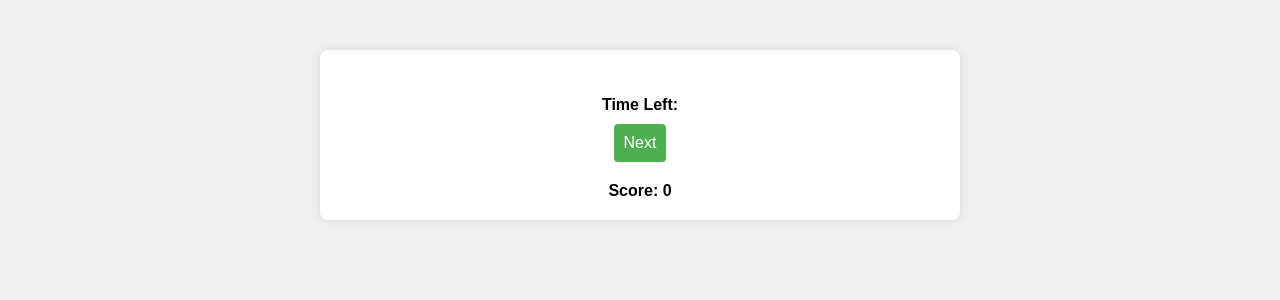
Repository: vri-nda/quiz_game
Page: index.html
An editor plug-in stored every save of this project. The page is shown before and after the next save, followed by the edit.
The browser window is 1280 px wide. The pictures show the whole page.

Above is the page before, as saved 2023-12-20 14:47:24.

### index.html
<!DOCTYPE html>
<html lang="en">
<head>
    <meta charset="UTF-8">
    <meta name="viewport" content="width=device-width, initial-scale=1.0">
    <link rel="stylesheet" href="style.css">
    <title>Quiz Game</title>
</head>
<body>
    <div id="quiz-container">
        <div id="question-container">
            <p id="question-text"></p>
        </div>
        <div id="answer-buttons" class="btn-container"></div>
        <div id="feedback-container"></div>
        <div id="timer-container">Time Left: <span id="timer"></span></div>
        <button id="next-button" class="btn" onclick="nextQuestion()">Next</button>
        <div id="score-container">Score: <span id="score">0</span></div>
    </div>
    <script src="script.js"></script>
</body>
</html>

### style.css
body {
    font-family: 'Arial', sans-serif;
    text-align: center;
    background-color: #f0f0f0;
}

#quiz-container {
    max-width: 600px;
    margin: 50px auto;
    background-color: #fff;
    padding: 20px;
    border-radius: 8px;
    box-shadow: 0 0 10px rgba(0, 0, 0, 0.1);
}

.btn-container {
    display: flex;
    flex-direction: column;
}

.btn {
    margin-top: 10px;
    padding: 10px;
    font-size: 16px;
    cursor: pointer;
    background-color: #4caf50;
    color: #fff;
    border: none;
    border-radius: 4px;
}

.btn:hover {
    background-color: #45a049;
}

#feedback-container {
    margin-top: 10px;
    font-weight: bold;
}

#timer-container {
    margin-top: 10px;
    font-weight: bold;
}

#score-container {
    margin-top: 20px;
    font-weight: bold;
}

### script.js
const quizData = [
    {
        question: "What does HTML stand for?",
        answers: [
            { text: "Hyper Text Markup Language", correct: true },
            { text: "Hyperlinks and Text Markup Language", correct: false },
            { text: "Home Tool Markup Language", correct: false },
            { text: "Hyper Transfer Markup Language", correct: false }
        ]
    },
    {
        question: "Which programming language is often used for server-side development?",
        answers: [
            { text: "JavaScript", correct: false },
            { text: "Python", correct: true },
            { text: "CSS", correct: false },
            { text: "Java", correct: false }
        ]
    },
    {
        question: "What is the purpose of CSS?",
        answers: [
            { text: "To provide interactivity on a website", correct: false },
            { text: "To style the visual presentation of a web page", correct: true },
            { text: "To define server-side logic", correct: false },
            { text: "To handle database operations", correct: false }
        ]
    },
    {
        question: "What does the term 'API' stand for?",
        answers: [
            { text: "Advanced Programming Interface", correct: false },
            { text: "Application Programming Interface", correct: true },
            { text: "Automated Processing Interface", correct: false },
            { text: "Advanced Python Integration", correct: false }
        ]
    },
    {
        question: "Which version control system is widely used in software development?",
        answers: [
            { text: "Git", correct: true },
            { text: "SVN", correct: false },
            { text: "Mercurial", correct: false },
            { text: "Perforce", correct: false }
        ]
    },
    {
        question: "What is the purpose of the 'npm' package manager in JavaScript?",
        answers: [
            { text: "To manage network protocols", correct: false },
            { text: "To manage JavaScript packages and dependencies", correct: true },
            { text: "To create graphical user interfaces", correct: false },
            { text: "To execute SQL queries", correct: false }
        ]
    },
    {
        question: "What is the role of a 'function' in programming?",
        answers: [
            { text: "To store data", correct: false },
            { text: "To perform a specific task or calculation", correct: true },
            { text: "To represent a database table", correct: false },
            { text: "To define the structure of a webpage", correct: false }
        ]
    },

];


let currentQuestionIndex = 0;
let score = 0;
let timer;

const questionTextElement = document.getElementById('question-text');
const answerButtonsElement = document.getElementById('answer-buttons');
const feedbackContainer = document.getElementById('feedback-container');
const timerElement = document.getElementById('timer');
const scoreElement = document.getElementById('score');

function startQuiz() {
    currentQuestionIndex = 0;
    score = 0;
    showQuestion(quizData[currentQuestionIndex]);
    startTimer(60); // Set the timer duration in seconds
}

function showQuestion(question) {
    questionTextElement.innerText = question.question;
    answerButtonsElement.innerHTML = '';
    question.answers.forEach(answer => {
        const button = document.createElement('button');
        button.innerText = answer.text;
        button.classList.add('btn');
        button.addEventListener('click', () => selectAnswer(answer));
        answerButtonsElement.appendChild(button);
    });
}

function selectAnswer(answer) {
    if (answer.correct) {
        score++;
        feedbackContainer.innerText = 'Correct!';
    } else {
        feedbackContainer.innerText = 'Incorrect!';
    }
    disableButtons();
    updateScore();
    clearInterval(timer);
    if (currentQuestionIndex < quizData.length - 1) {
        document.getElementById('next-button').disabled = false;
    } else {
        endQuiz();
    }
}

function disableButtons() {
    const buttons = document.querySelectorAll('.btn');
    buttons.forEach(button => {
        button.disabled = true;
    });
}

function updateScore() {
    scoreElement.innerText = score;
}

function startTimer(seconds) {
    let time = seconds;
    timer = setInterval(() => {
        timerElement.innerText = time;
        time--;
        if (time < 0) {
            clearInterval(timer);
            disableButtons();
            feedbackContainer.innerText = 'Time is up!';
            document.getElementById('next-button').disabled = false;
        }
    }, 1000);
}

function nextQuestion() {
    currentQuestionIndex++;
    if (currentQuestionIndex < quizData.length) {
        showQuestion(quizData[currentQuestionIndex]);
        feedbackContainer.innerText = '';
        startTimer(60); // Reset timer for the next question
        document.getElementById('next-button').disabled = true;
    }
}

function endQuiz() {
    questionTextElement.innerText = 'Quiz Completed!';
    answerButtonsElement.innerHTML = '';
    feedbackContainer.innerText = `Your final score is ${score} out of ${quizData.length}`;
    timerElement.innerText = '';
    document.getElementById('next-button').style.display = 'none';
}

After the next save:
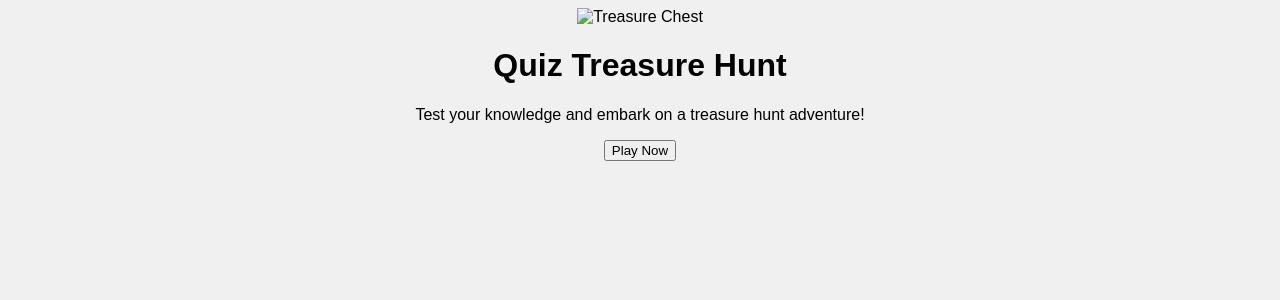
Not found: treasure.png
Saved 8 min 20 s later.
--- a/index.html
+++ b/index.html
@@ -4,10 +4,17 @@
     <meta charset="UTF-8">
     <meta name="viewport" content="width=device-width, initial-scale=1.0">
     <link rel="stylesheet" href="style.css">
-    <title>Quiz Game</title>
+    <title>Quiz Treasure Hunt</title>
 </head>
 <body>
-    <div id="quiz-container">
+    <div id="home-container">
+        <img src="treasure.png" alt="Treasure Chest" id="treasure-image">
+        <h1 id="quiz-name">Quiz Treasure Hunt</h1>
+        <p id="tagline">Test your knowledge and embark on a treasure hunt adventure!</p>
+        <button id="play-now-button" onclick="startQuiz()">Play Now</button>
+    </div>
+
+    <div id="quiz-container" style="display: none;">
         <div id="question-container">
             <p id="question-text"></p>
         </div>
@@ -17,6 +24,7 @@
         <button id="next-button" class="btn" onclick="nextQuestion()">Next</button>
         <div id="score-container">Score: <span id="score">0</span></div>
     </div>
+
     <script src="script.js"></script>
 </body>
 </html>
